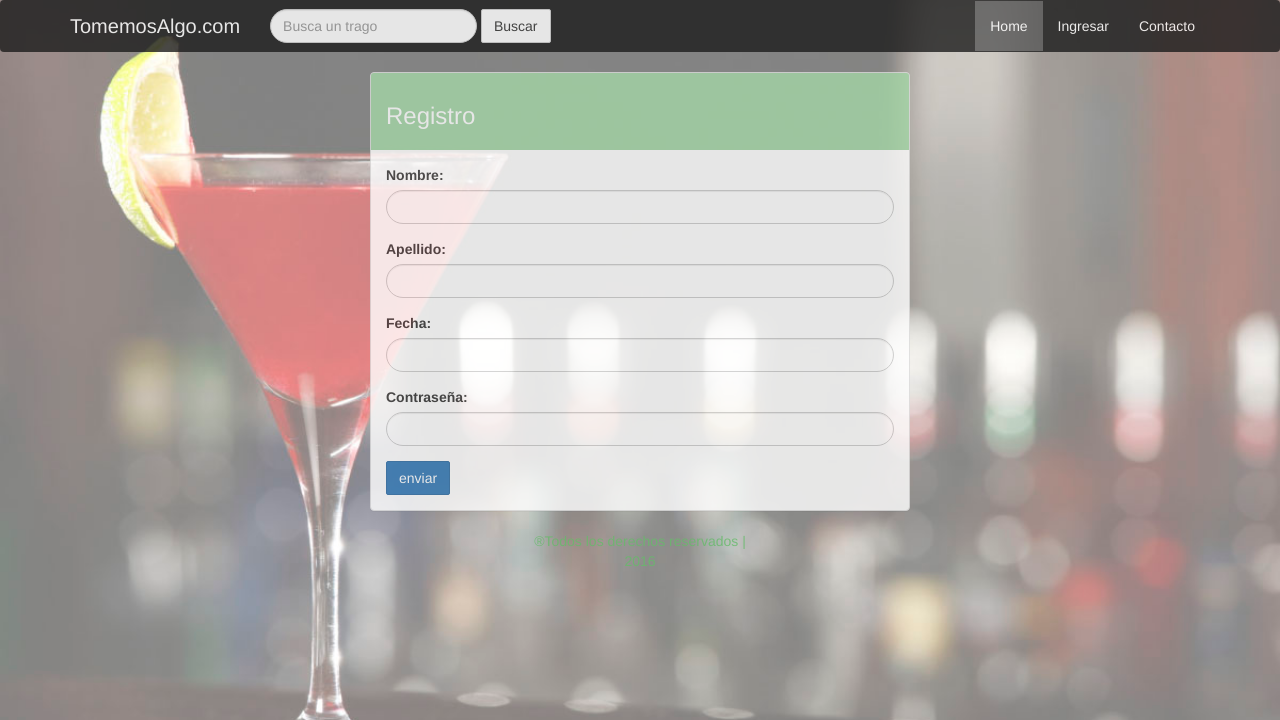
Repository: MaxiAven/TallerWebJava
Page: http://localhost/proyecto-base-spring/WEB-INF/jsp/registro.jsp
An editor plug-in stored every save of this project. The page is shown before and after the next save, followed by the edit.
The browser window is 1280 px wide. The pictures show the whole page.
Some web libraries are served in a nearby version. The page is served by Tomcat 9. Nobody is signed in. The template is opened directly, without the code that normally fills it, so the values that code supplies are empty.

Above is the page before, as saved 2016-10-16 23:11:01.

After the next save:
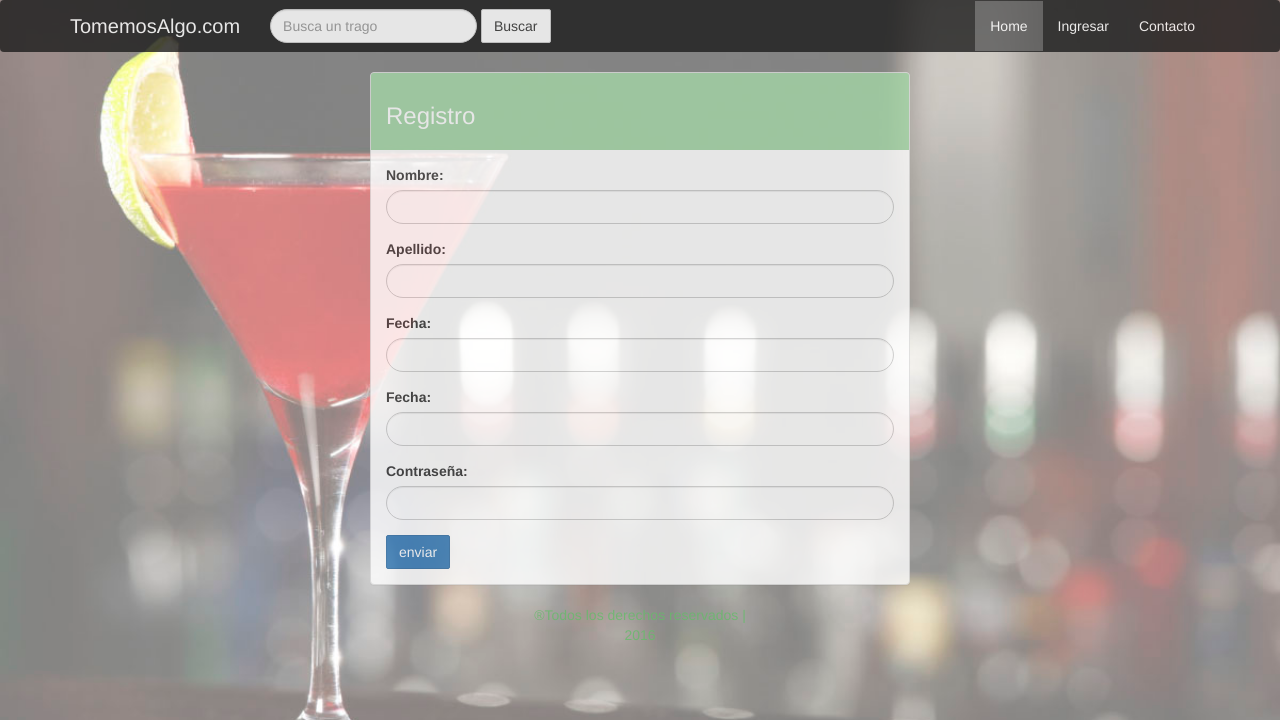
Saved 47 s later.
--- a/proyecto-base-spring/src/main/webapp/WEB-INF/jsp/registro.jsp
+++ b/proyecto-base-spring/src/main/webapp/WEB-INF/jsp/registro.jsp
@@ -81,6 +81,12 @@
 
 				<div class="form-group has-feedback has-feedback-left">
 
+					<label for="fecha">Fecha:</label>
+					<form:input path="fecha" class="form-control"/>
+				</div>
+
+				<div class="form-group has-feedback has-feedback-left">
+
 					<label for="pass">Contraseña:</label>
 					<form:input path="password" class="form-control"/>
 				</div>
